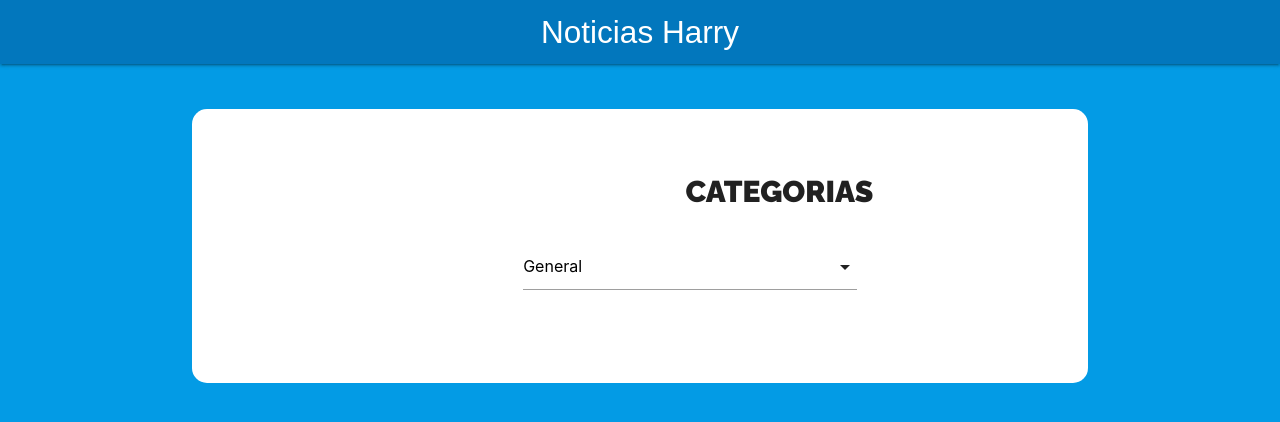
Repository: harrycampaz/news-react
Page: /
The author's editor kept a copy of each file at every save. The page is drawn from the files as they stood at one save, then again after the next save.
The browser window is 1280 px wide. The pictures show the whole page.
The page's requests for data from a server got no answer. The project was rebuilt for these pictures with package versions that can differ from the ones it lists, and the page was loaded fresh each time. No one was signed in, and anything a server would have sent is missing. Also part of the build but not shown: src/components/news/News.js.

Above is the page before, as saved 2020-01-17 13:35:52.

### public/index.html
<!DOCTYPE html>
<html lang="en">
  <head>
    <meta charset="utf-8" />
    <link rel="icon" href="%PUBLIC_URL%/favicon.ico" />
    <meta name="viewport" content="width=device-width, initial-scale=1" />
    <meta name="theme-color" content="#000000" />
    <meta
      name="description"
      content="Web site created using create-react-app"
    />
    <link rel="apple-touch-icon" href="%PUBLIC_URL%/logo192.png" />
    <!--
      manifest.json provides metadata used when your web app is installed on a
      user's mobile device or desktop. See https://developers.google.com/web/fundamentals/web-app-manifest/
    -->
    <link rel="manifest" href="%PUBLIC_URL%/manifest.json" />
    <link rel="stylesheet" href="https://cdnjs.cloudflare.com/ajax/libs/materialize/1.0.0/css/materialize.min.css">
    <link href="https://fonts.googleapis.com/css?family=Raleway:700,900" rel="stylesheet">





    <!--
      Notice the use of %PUBLIC_URL% in the tags above.
      It will be replaced with the URL of the `public` folder during the build.
      Only files inside the `public` folder can be referenced from the HTML.

      Unlike "/favicon.ico" or "favicon.ico", "%PUBLIC_URL%/favicon.ico" will
      work correctly both with client-side routing and a non-root public URL.
      Learn how to configure a non-root public URL by running `npm run build`.
    -->
    <title>React App</title>
  </head>
  <body>
    <noscript>You need to enable JavaScript to run this app.</noscript>
    <div id="root"></div>
    <!--
      This HTML file is a template.
      If you open it directly in the browser, you will see an empty page.

      You can add webfonts, meta tags, or analytics to this file.
      The build step will place the bundled scripts into the <body> tag.

      To begin the development, run `npm start` or `yarn start`.
      To create a production bundle, use `npm run build` or `yarn build`.
    -->
    <script src="https://cdnjs.cloudflare.com/ajax/libs/materialize/1.0.0/js/materialize.min.js"></script>
    <script>
     document.addEventListener('DOMContentLoaded', function() {
         var elements = document.querySelectorAll('select');
         M.FormSelect.init(elements);
     });
   </script>
  </body>
</html>

### src/index.css
body {
  margin: 0;
  padding: 0;
  font-family: sans-serif;
}

body {
  background-color: #039be5;
}
.card-content h3 {
  font-size: 1.4rem;
}
.row {
  display: flex;
  flex-wrap: wrap;
}
.contenedor-noticias {
  padding: 2rem;
  border-radius: 1rem;
  margin-top: 3rem;
}

.buscador {
  margin-top: 2rem;
  margin-bottom: 2rem;
  text-align: left;
}
.buscador label {
  font-size: 2rem;
  color: black;
}
.dropdown-content li>span {
  color: black;
}
.select-wrapper input.select-dropdown:focus {
  border-bottom: 1px solid #e64a19!important;
}
h2 {
  font-family: 'Raleway', sans-serif;
  font-weight: 900;
  font-size: 2rem;
  text-transform: uppercase;
  text-align: center;
}

.card-action .btn {
  width: 100%;
}
.enviar input[type="submit"] {
  width: 100%;
}

.fade-enter {
  opacity: 0;
  transform: scale(1.25);
}
.fade-enter.fade-enter-active {
  opacity: 1;
  transition: all .5s ease-in;
  transform: scale(1);
}

.fade-exit {
  opacity: 1;
  transform: scale(1.25);
}
.fade-exit.fade-exit-active {
  opacity: 0;
  transition: all .5s ease-in;
  transform: scale(1);
}

### src/App.js
import React, { Component, Fragment } from 'react';
import Header from './components/Header';
import ListNews from './components/news/ListNews';
import Search from './components/Search';

class App extends Component {

  state = {

    news: []
  }
  async componentDidMount(){

    this.getNoticias();

  }

  getNoticias =  async (category = 'general') => {
    const url = `https://newsapi.org/v2/top-headlines?country=co&category=${category}&apiKey=e2e31acf44744967adbfc05c32672e50`;

    const response = await fetch(url);
    const news = await response.json();

    this.setState({
      news: news.articles
    })
  }

  render() {
    return (

      <Fragment>
      <Header titulo= "Noticias Harry"/>
      <div className ="container white contenedor-noticias">

<Search getNoticias = {this.getNoticias}/>
<ListNews news = {this.state.news}/>

      </div>
      </Fragment>
    );
  }
}

export default App;

### src/components/Header.js
import React from 'react';

const Header = ({titulo}) => {
    return (
        <nav className ="nav-wrapper light-blue darken-3">

    <a href="" className ="brand-logo center"> {titulo}</a>
        </nav>
    );
};

export default Header;

### src/components/news/ListNews.js
import React from 'react';
import News from './News';

const ListNews = ({news}) => {
    return (
        <div className="row">
            {news.map(newsItem => {
               return <News key={newsItem.url} newsItem ={newsItem} />
            })}
        </div>
    );
};

export default ListNews;

### src/components/Search.js
import React, { Component } from 'react';

class Search extends Component {

    state = {
        category: ''
    }

    componentDidMount(){
        this.setState({
            category: 'general'
        })
    }

    handleCategoy = e => {
        this.setState({
            category: e.target.value
        }, ()=> {
            this.props.getNoticias(this.state.category);
        })

        //enviarlo a la princiale

    }

    render() {
        return (
            <div className="buscardor row">
                <div className = "col s12 m8 offset-2">
                    <form>
                        <h2>
                            Categorias
                        </h2>

                        <div className ="input-field col s12 m8">

                            <select onChange={this.handleCategoy} >
                                <option value = "general">General</option>
                                <option value = "business">Business</option>
                                <option value = "entertainment">Entertainment</option>
                                <option value = "health">Health</option>
                                <option value = "science">Science</option>
                                <option value = "sports">Sports</option>
                                <option value = "technology">Technology</option>
                            </select>

                        </div>
                    </form>
                </div>


            </div>
        );
    }
}

export default Search;

Loaded but not shown: src/index.js (common file); src/serviceWorker.js (common file)

After the next save:
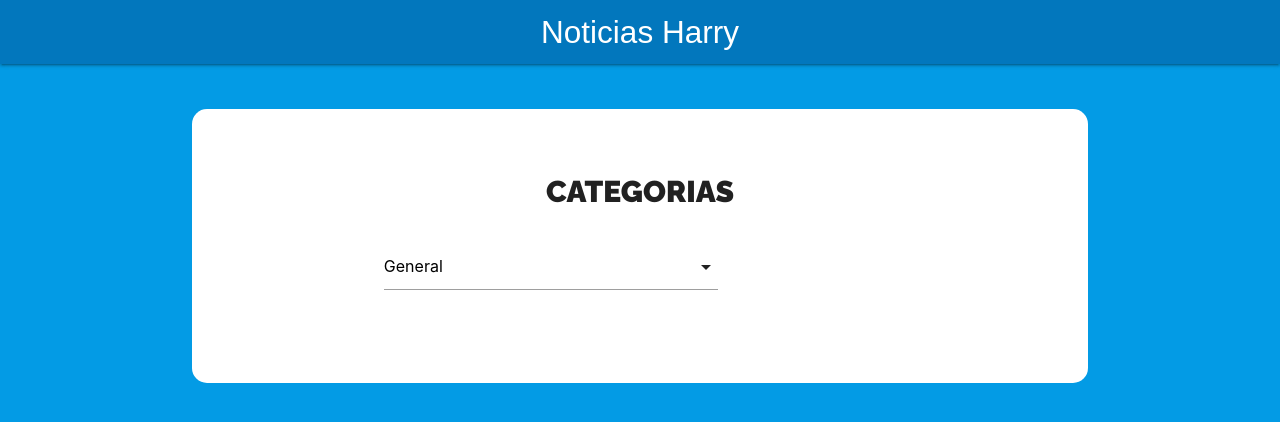
Saved 43 s later.
--- a/src/components/Search.js
+++ b/src/components/Search.js
@@ -26,7 +26,7 @@ class Search extends Component {
     render() {
         return (
             <div className="buscardor row">
-                <div className = "col s12 m8 offset-2">
+                <div className = "col s12 m8 offset-m2">
                     <form>
                         <h2>
                             Categorias
